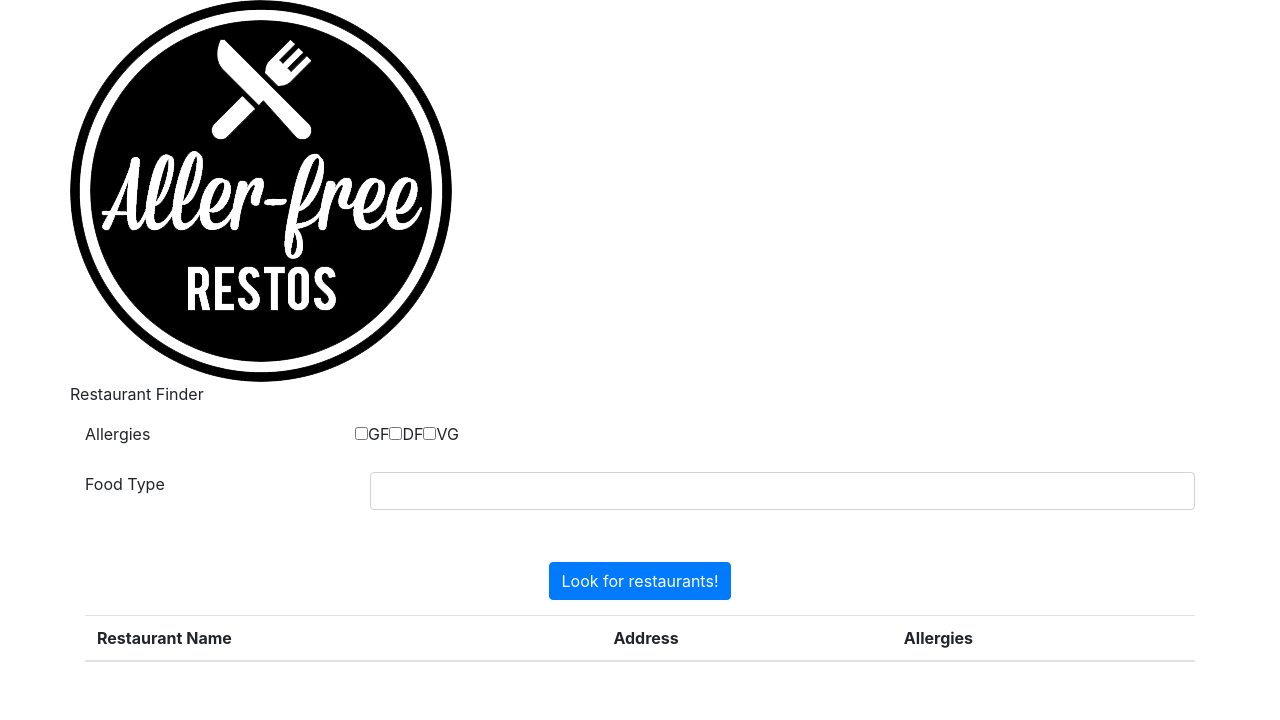
Repository: KobeRox/Loremips
Page: index.html
An editor plug-in stored every save of this project. The page is shown before and after the next save, followed by the edit.
The browser window is 1280 px wide. The pictures show the whole page.
Some web libraries are served in a nearby version.

Above is the page before, as saved 2019-09-08 16:24:11.
Console error: TypeError: Cannot read properties of undefined (reading 'fn')

After the next save:
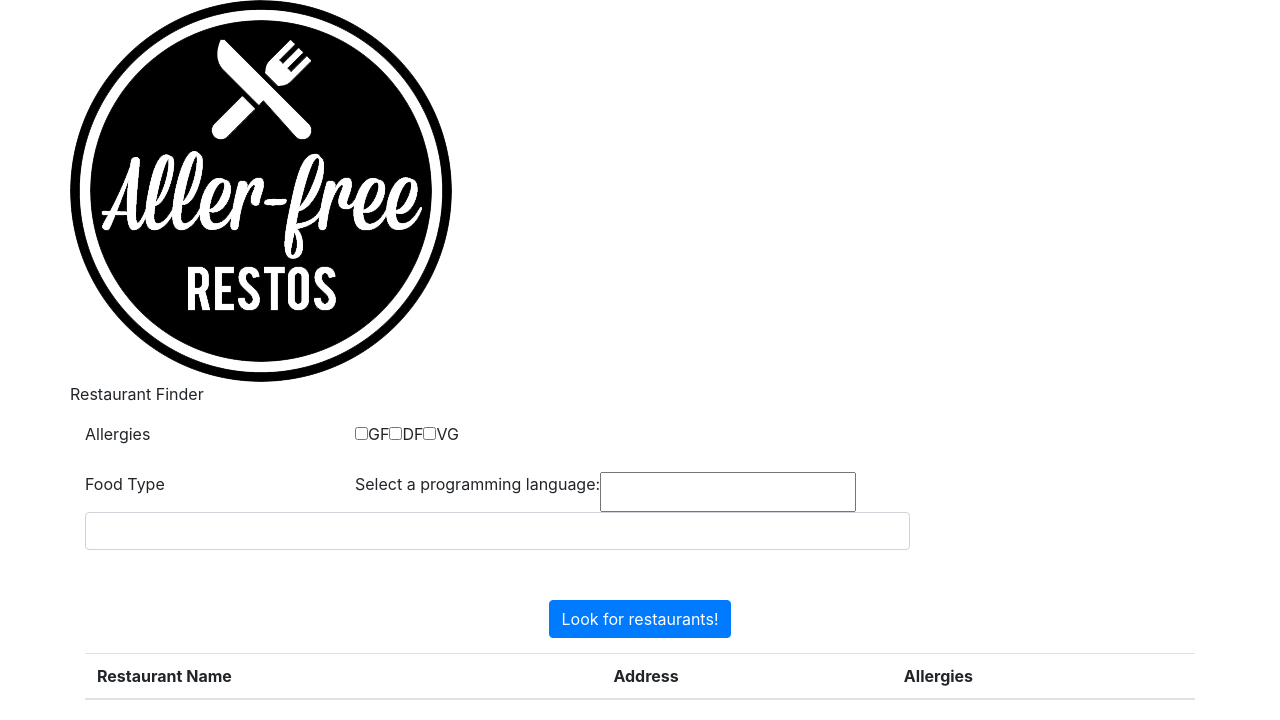
Saved 60 s later.
--- a/index.html
+++ b/index.html
@@ -1,6 +1,7 @@
 <html>
 
 <head>
+    <link rel="stylesheet" src="style.css">
     <link rel="stylesheet" href="https://stackpath.bootstrapcdn.com/bootstrap/4.3.1/css/bootstrap.min.css"
         integrity="sha384-ggOyR0iXCbMQv3Xipma34MD+dH/1fQ784/j6cY/iJTQUOhcWr7x9JvoRxT2MZw1T" crossorigin="anonymous">
     <script src="https://stackpath.bootstrapcdn.com/bootstrap/4.3.1/js/bootstrap.min.js"
@@ -84,6 +85,15 @@
                     <p>Food Type</p>
                 </div>
 
+                <label for="autocomplete">Select a programming language: </label>
+                <input id="autocomplete">
+
+                <script>
+                $( "#autocomplete" ).autocomplete({
+                source: [ "c++", "java", "php", "coldfusion", "javascript", "asp", "ruby" ]
+                });
+                </script>
+
 
                 <div class="col-xs-9 col-md-9">
                     <input type="text" class="form-control" id='searchbar'>
